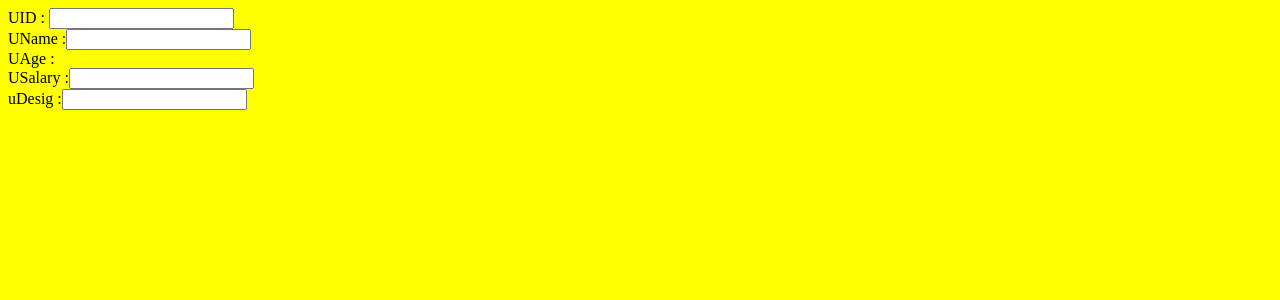
Repository: Thaneshwara848/JSP_Demo
Page: SLProject1/src/main/webapp/Register.html
The author's editor kept a copy of each file at every save. The page is drawn from the files as they stood at one save, then again after the next save.
The browser window is 1280 px wide. The pictures show the whole page.

Above is the page before, as saved 2022-08-08 15:05:08.

### SLProject1/src/main/webapp/Register.html
<!DOCTYPE html>
<html>
<head>
<meta charset="UTF-8">
<title>Insert title here</title>
</head>
<body bgcolor="yellow">
	<div>
		<form action="" >

			UID : <input type="text" name="uid"><br>
			UName :<input type="text" name="uname"><br>
			UAge :<input" type="text" name="uage"><br>
			USalary :<input type="text" name="usalary"><br>
			uDesig :<input type="text" name="udesig">



		</form>
	</body>
</html>

After the next save:
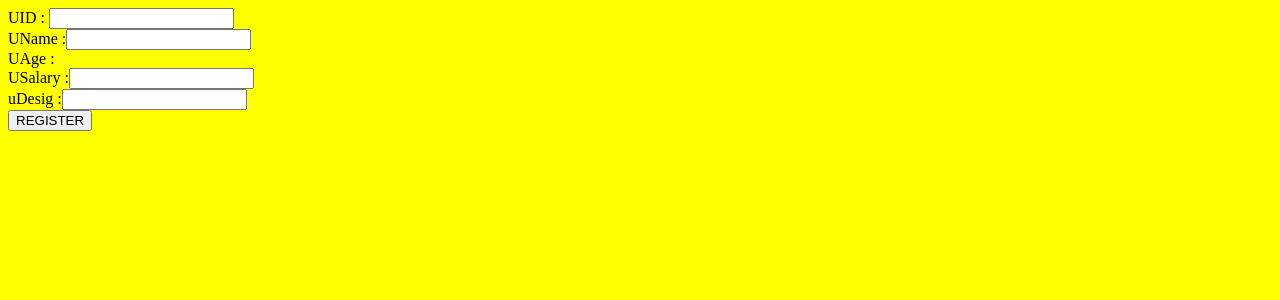
Saved 20 s later.
--- a/SLProject1/src/main/webapp/Register.html
+++ b/SLProject1/src/main/webapp/Register.html
@@ -12,7 +12,9 @@
 			UName :<input type="text" name="uname"><br>
 			UAge :<input" type="text" name="uage"><br>
 			USalary :<input type="text" name="usalary"><br>
-			uDesig :<input type="text" name="udesig">
+			uDesig :<input type="text" name="udesig"><br>
+
+			<input type="submit" value="REGISTER">
 
 
 
